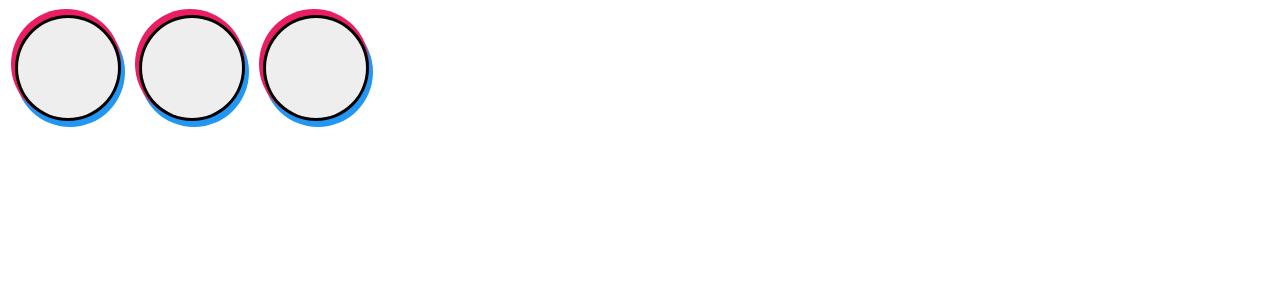
Repository: Body789/CSS_ELZERO
Page: Assignments/Assigmennt_10/Assignment_1/index.html
These files come from the project's save history. The page is drawn as it stood at one moment and after the next save; the edit follows.
The browser window is 1280 px wide. The pictures show the whole page.

Above is the page before, as saved 2022-09-18 00:27:23.

After the next save:
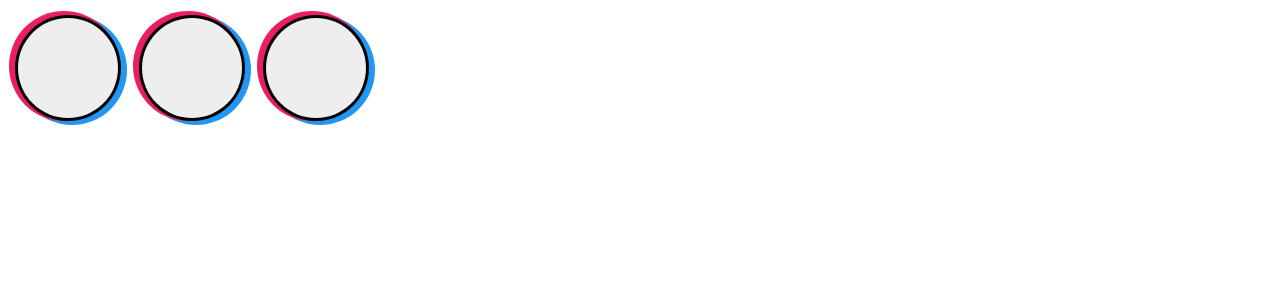
Saved 36 s later.
--- a/Assignments/Assigmennt_10/Assignment_1/Css/style.css
+++ b/Assignments/Assigmennt_10/Assignment_1/Css/style.css
@@ -1,8 +1,8 @@
 div {
   box-shadow:
     0px 0px 0px 3px black,
-    -2px -4px 0px 5px #e91e63,
-    2px 4px 0px 5px #2196f3;
+    -4px -2px 0px 5px #e91e63,
+    4px 2px 0px 5px #2196f3;
   width: 100px;
   height: 100px;
   display: inline-block;
